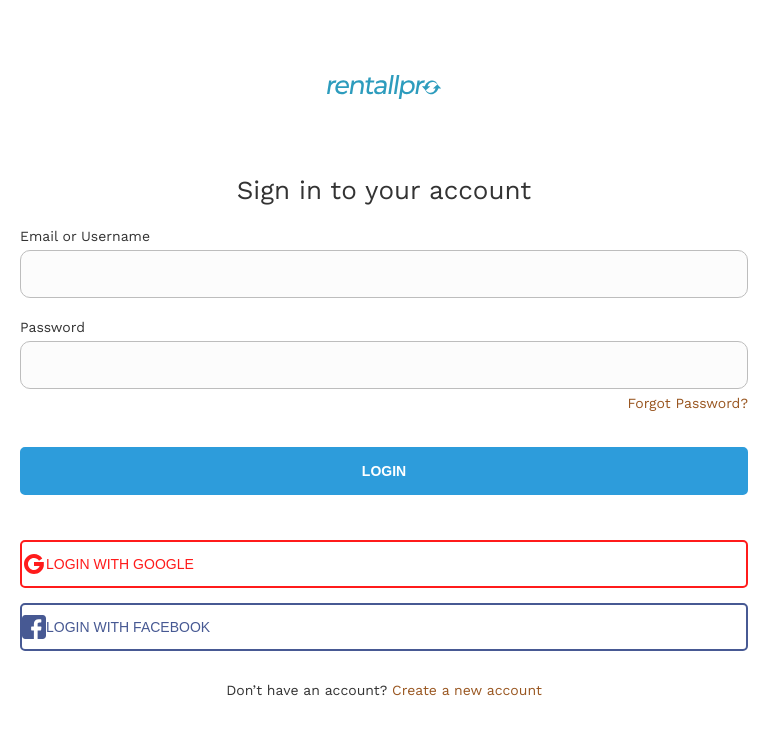
Repository: RentallPro/rentallpro-frontend
Page: /
The author's editor kept a copy of each file at every save. The page is drawn from the files as they stood at one save, then again after the next save.
The browser window is 768 px wide. The pictures show the whole page.
The project was rebuilt for these pictures with package versions that can differ from the ones it lists, and the page was loaded fresh each time.

Above is the page before, as saved 2020-12-09 14:19:46.

### public/index.html
<!DOCTYPE html>
<html lang="en">
  <head>
    <meta charset="utf-8">
    <meta http-equiv="X-UA-Compatible" content="IE=edge">
    <meta name="viewport" content="width=device-width,initial-scale=1.0">
    <link rel="icon" href="<%= BASE_URL %>favicon.ico">
    <link href="https://fonts.googleapis.com/css?family=Work+Sans&display=swap" rel="stylesheet">
    <title><%= htmlWebpackPlugin.options.title %></title>
  </head>
  <body>
    <noscript>
      <strong>We're sorry but <%= htmlWebpackPlugin.options.title %> doesn't work properly without JavaScript enabled. Please enable it to continue.</strong>
    </noscript>
    <div id="app"></div>
    <!-- built files will be auto injected -->
  </body>
</html>

### src/App.vue
<template>
  <div id="app">
    <router-view/>
  </div>
</template>

<style lang="scss">
* {
  margin: 0;
  padding: 0;
  box-sizing: border-box;
}
#app {
  font-family: 'Work Sans', sans-serif;
}
</style>

### src/router/index.js
import Vue from 'vue'
import VueRouter from 'vue-router'
import Home from '../views/Home/Home.vue'

Vue.use(VueRouter)

const routes = [
  {
    path: '/',
    name: 'Home',
    component: Home
  },
  {
    path: '/about',
    name: 'About',
    // route level code-splitting
    // this generates a separate chunk (about.[hash].js) for this route
    // which is lazy-loaded when the route is visited.
    component: () => import(/* webpackChunkName: "about" */ '../views/About.vue')
  }
]

const router = new VueRouter({
  mode: 'history',
  base: process.env.BASE_URL,
  routes
})

export default router

### src/views/Home/Home.vue
<template>
  <div class="home">
    <div class="form-container">
      <div class="logo"><img src="@/assets/logo.svg" alt="logo"></div>
      <div class="form-wrapper">
        <h3 class="form-title">Sign in to your account</h3>
        <div class="input">
          <label for="Email">Email or Username</label>
          <input type="text">
        </div>
        <div class="input">
          <label for="password">Password</label>
          <input type="password">
          <p>Forgot Password?</p>
        </div>
        <button class="login-button button">
          LOGIN
        </button>
        <div class="social-buttons">
          <button class="google-button button">
            <svg width="24" height="24" viewBox="0 0 24 24" fill="none" xmlns="http://www.w3.org/2000/svg">
              <path d="M6 12C6 15.3137 8.68629 18 12 18C14.6124 18 16.8349 16.3304 17.6586 14H12V10H21.8047V14H21.8C20.8734 18.5645 16.8379 22 12 22C6.47715 22 2 17.5228 2 12C2 6.47715 6.47715 2 12 2C15.445 2 18.4831 3.742 20.2815 6.39318L17.0039 8.68815C15.9296 7.06812 14.0895 6 12 6C8.68629 6 6 8.68629 6 12Z" fill="#FF1B1B"/>
            </svg>
            <span>LOGIN WITH GOOGLE</span>
          </button>
          <button class="facebook-button button">
            <svg width="24" height="24" viewBox="0 0 24 24" fill="none" xmlns="http://www.w3.org/2000/svg">
              <path d="M20.7657 0H3.23405C1.44797 0 0 1.44791 0 3.23405V20.7658C0 22.552 1.44791 23.9999 3.23405 23.9999H11.8806L11.8953 15.4236H9.66721C9.37765 15.4236 9.14264 15.1895 9.14152 14.8999L9.13084 12.1354C9.12972 11.8443 9.36544 11.6077 9.65659 11.6077H11.8806V8.93651C11.8806 5.83661 13.7739 4.14869 16.5392 4.14869H18.8083C19.0986 4.14869 19.3341 4.38406 19.3341 4.67444V7.00547C19.3341 7.29573 19.0988 7.53104 18.8086 7.53122L17.4161 7.53187C15.9122 7.53187 15.621 8.24648 15.621 9.29522V11.6078H18.9255C19.2404 11.6078 19.4847 11.8827 19.4476 12.1954L19.1199 14.9599C19.0885 15.2244 18.8642 15.4237 18.5978 15.4237H15.6357L15.621 24H20.7658C22.5519 24 23.9998 22.5521 23.9998 20.766V3.23405C23.9998 1.44791 22.5519 0 20.7657 0Z" fill="#475993"/>
            </svg>
            <span>LOGIN WITH FACEBOOK</span>
          </button>
        </div>
        <p class="option">Don’t have an account? <span>Create a new account</span></p>
      </div>
    </div>
  </div>
</template>

<script>
// @ is an alias to /src

export default {
  name: 'Home',
  components: {
  }
}
</script>

<style lang="scss" src="./Home.scss" scoped></style>

### src/views/Home/Home.scss
.home {
    background: #D3EAF8;
    background-image: url(../../assets/Patern.svg);
    background-repeat: no-repeat;
    background-position-y: top;
    background-position-x: right;
    width: 100%;
    height: 100vh;
    .form-container {
        max-width: 45%;
        display: block;
        margin: auto;
        .button {
            height: 48px;
            width: 100%;
            border-radius: 5px;
            font-size: 14px;
            line-height: 18px;
        }
        .logo {
            text-align: center;
        }
        .form-wrapper {
            width: 100%;
            padding: 50px 100px;
            background: #FFFFFF;
            border-radius: 10px;
            margin-top: 50px;
            .form-title {
                font-style: normal;
                font-weight: 500;
                font-size: 26px;
                line-height: 34px;
                color: #333333;
                text-align: center;
            }
            .input {
                display: flex;
                flex-direction: column;
                margin-top: 20px;
                label {
                    font-style: normal;
                    font-weight: normal;
                    font-size: 14px;
                    line-height: 18px;
                    color: #333333;
                }
                input {
                    height: 48px;
                    background: #FCFCFC;
                    border: 1px solid #BDBDBD;
                    border-radius: 10px;
                    margin-top: 5px;
                }
                p {
                    font-weight: normal;
                    font-size: 14px;
                    line-height: 18px;
                    color: #995620;
                    text-align: right;
                    margin-top: 5px;
                }
            }
            .login-button {
                background: #2D9CDB;
                border: 2px solid #2D9CDB;
                font-style: normal;
                font-weight: bold;
                color: #FFFFFF;
                margin-top: 35px;
            }
            .social-buttons {
                margin-top: 45px;
                .google-button {
                    display: flex;
                    align-items: center;
                    color: #FF1B1B;
                    border: 2px solid #FF1B1B;
                    font-weight: 500;
                    background-color: #FFFFFF;
                }
                .facebook-button {
                    display: flex;
                    align-items: center;
                    color: #475993;
                    border: 2px solid #475993;
                    background-color: #FFFFFF;
                    font-weight: 500;
                    margin-top: 15px;
                }
            }
            .option {
                font-style: normal;
                font-weight: normal;
                font-size: 14px;
                line-height: 18px;
                color: #333333;
                text-align: center;
                margin-top: 30px;
                span {
                    color: #995620;
                }
            }
        }
    }
}
@media screen and (max-width: 768px) {
    .home {
        background-image: none;
        height: auto;
        background-color: #FFFFFF;
        .form-container {
            max-width: 100%;
            padding-top: 75px;
            .logo {
                img {
                    height: 24px;
                }
            }
            .form-wrapper {
                padding: 20px;
            }
        }
    }
}

Loaded but not shown: src/main.js (common file); src/store/index.js (common file)

After the next save:
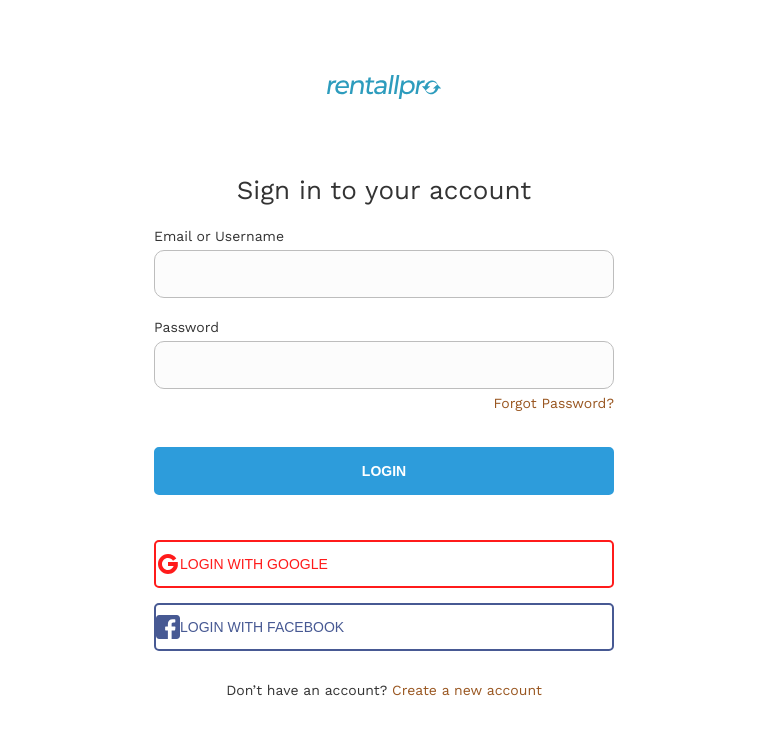
Saved 57 s later.
--- a/src/views/Home/Home.scss
+++ b/src/views/Home/Home.scss
@@ -7,7 +7,7 @@
     width: 100%;
     height: 100vh;
     .form-container {
-        max-width: 45%;
+        max-width: 500px;
         display: block;
         margin: auto;
         .button {
@@ -110,7 +110,7 @@
         height: auto;
         background-color: #FFFFFF;
         .form-container {
-            max-width: 100%;
+            // max-width: 100%;
             padding-top: 75px;
             .logo {
                 img {
